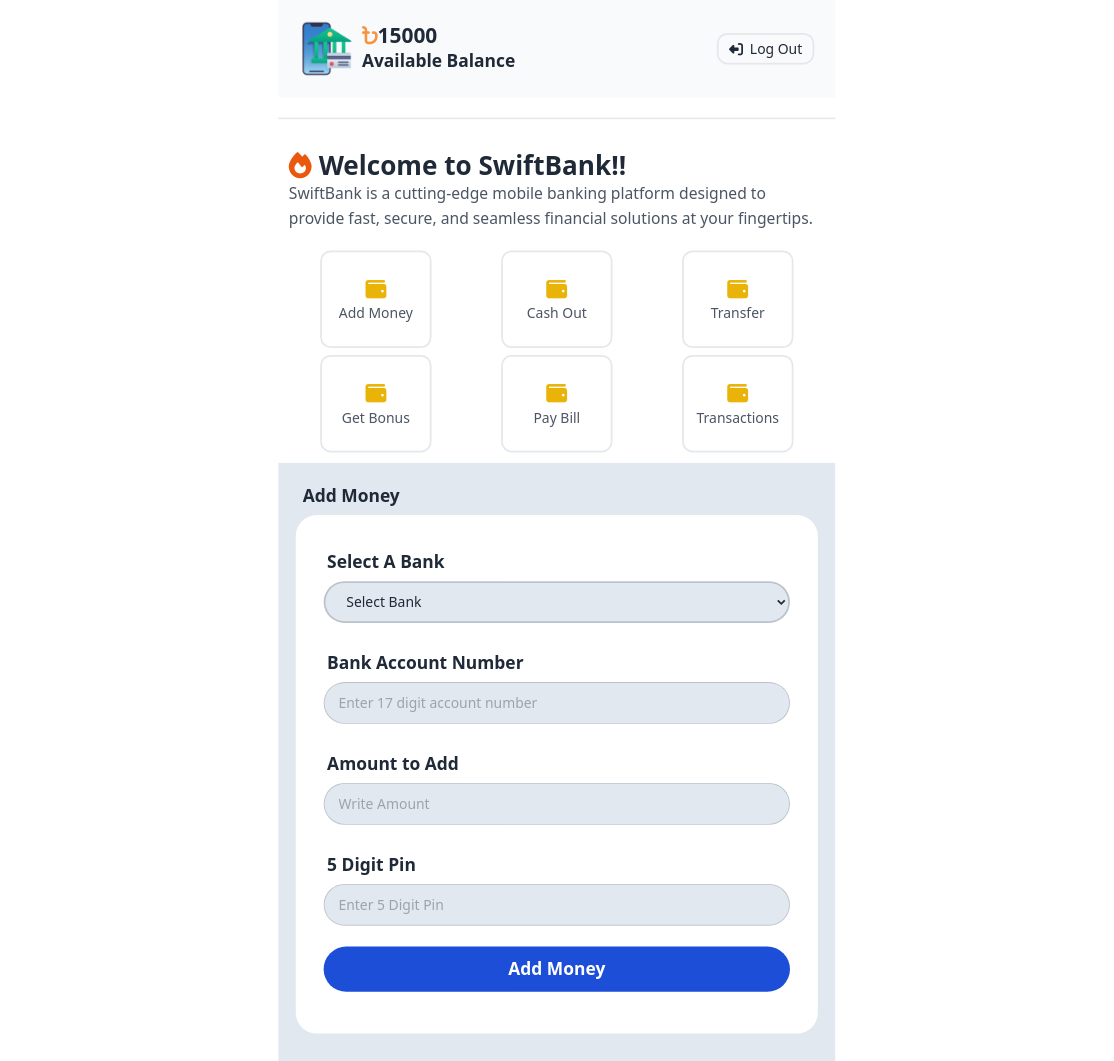
Repository: mukaddam-coder/swift-bank-mobile-banking
Page: home.html
An editor plug-in stored every save of this project. The page is shown before and after the next save, followed by the edit.
The browser window is 1280 px wide. The pictures show the whole page, at 87% of full size.
Some web libraries are served in a nearby version.

Above is the page before, as saved 2024-12-16 23:24:16.

### home.html
<!DOCTYPE html>
<html lang="en">
<head>
    <meta charset="UTF-8">
    <meta name="viewport" content="width=device-width, initial-scale=1.0">
    <title>SwiftBank</title>
    <!-- Fontawesome CDN -->
    <script src="https://kit.fontawesome.com/c4e7b2ed2f.js" crossorigin="anonymous"></script>
    <!-- Google Fonts -->
    <link rel="preconnect" href="https://fonts.googleapis.com">
    <link rel="preconnect" href="https://fonts.gstatic.com" crossorigin>
    <link href="https://fonts.googleapis.com/css2?family=Montserrat:ital,wght@0,100..900;1,100..900&display=swap" rel="stylesheet">
    <!-- Tailwind + DaisyUi CDN -->
    <link href="https://cdn.jsdelivr.net/npm/daisyui@4.12.19/dist/full.min.css" rel="stylesheet" type="text/css" />
    <script src="https://cdn.tailwindcss.com"></script>

</head>
<body>

<main>
  <div class="w-1/2 mx-auto p-6 bg-slate-50 h-full flex justify-between items-center">
    <div class="flex gap-2">
        <!-- Logo -->
    <div>
    <img class="w-16 h-16" src="images/mobile-banking.png">
    </div>
    <div>
   <h2 class="text-2xl font-bold" id="main-balance">
   <i class="fa-solid fa-bangladeshi-taka-sign text-orange-400"></i>15000</h2>
   <p class="font-semibold text-xl">Available Balance</p>
</div>
</div>
<div>
<button class="border-2 w-28 px-1 py-1 rounded-xl"> <i class="fa-solid fa-right-from-bracket rotate-180 mr-2"></i>Log Out</button>
</div>
        </div>
    <div class="divider w-1/2 mx-auto"></div>
    <!-- Greetings Section -->
        <section class="w-1/2 mx-auto p-3">
            <h1 class="font-bold text-3xl"><i class="fa-solid fa-fire text-orange-600 text-3xl mr-2"></i>Welcome to SwiftBank!!</h1>
            <p class="text-gray-600 text-lg">
                SwiftBank is a cutting-edge mobile banking platform designed to provide fast, secure, and seamless financial solutions at your fingertips.
            </p>
        </section>
     <!-- User Actionable Dashboard -->

     <section class="w-1/2 mx-auto">
        <div class="grid grid-cols-3 p-3 text-center gap-2">
          <div class="button-container">
            <button id="show-add-money-section" class="border-2 w-32 h-28 rounded-xl bg-white text-gray-600">
            <p>
              <i class="fa-solid fa-wallet text-yellow-500 text-2xl"></i>
            </p>
            Add Money
           </button>
        </div>
          <div class>
             <button id="show-cash-out-section" class="border-2 w-32 h-28 rounded-xl bg-white text-gray-600">
              <p><i class="fa-solid fa-wallet text-yellow-500 text-2xl"></i></p>
                Cash Out
              </button>
            </div>
          <div>
          <button id="show-money-transfer-section" class="border-2 w-32 h-28 rounded-xl bg-white text-gray-600">
              <p><i class="fa-solid fa-wallet text-2xl text-yellow-500"></i></p>
                Transfer
              </button>
            </div>
          <div class="">
        <button id="show-get-bonus-section" class="border-2 w-32 h-28 rounded-xl bg-white text-gray-600">
            <p><i class="fa-solid fa-wallet text-2xl text-yellow-500"></i></p>
                Get Bonus
            </button>
          </div>
        <div class="">
          <button id="show-pay-bill-section" class="border-2 w-32 h-28 rounded-xl bg-white text-gray-600">
              <p><i class="fa-solid fa-wallet text-2xl text-yellow-500"></i></p>
                      Pay Bill
            </button>
          </div>
        <div class="">
          <button id="show-transaction-history" class="border-2 w-32 h-28 rounded-xl bg-white text-gray-600">
              <p><i class="fa-solid fa-wallet text-2xl text-yellow-500"></i></p>
                      Transactions
              </button>
            </div>

        </div>
      </section>
      <!-- Add Money Section Start -->
      <section id ="add-money-section" class="w-1/2 mx-auto px-5 py-4 bg-slate-200">
        <h2 class="p-2 font-bold text-xl">Add Money</h2>
        <form class="card-body bg-white rounded-3xl">
            <div class="form-control mb-4">
              <label class="label">
                <span class="label-text font-semibold text-xl">Select A Bank</span>
              </label>
              <select id="bank"  class="input-bordered rounded-full bg-slate-200 h-12 px-5 border-2">
                <option value="Select Bank">Select Bank</option>
                <option value="AB Bank PLC">AB Bank PLC</option>
                <option value="Bangladesh Commerce Bank Limited">Bangladesh Commerce Bank Limited</option>
                <option value="Islami Bank Bangladesh PLC">Islami Bank Bangladesh PLC</option>
                <option value="Dutch-Bangla Bank PLC">Dutch-Bangla Bank PLC</option>
                <option value="Jamuna Bank Limited">Jamuna Bank Limited</option>
                <option value="Trust Bank PLC">Trust Bank PLC</option>
              </select>
              </div>
            <div class="form-control mb-4">
              <label class="label">
                <span class="label-text font-semibold text-xl">Bank Account Number</span>
              </label>
              <input id="input-bank-account-field" type="text" placeholder="Enter 17 digit account number" class="input input-bordered rounded-full bg-slate-200" required />
            </div>
            <div class="form-control mb-4">
              <label class="label">
                <span class="label-text font-semibold text-xl">Amount to Add</span>
              </label>
              <input id="input-amount-field" type="text" placeholder="Write Amount" class="input input-bordered rounded-full bg-slate-200" required />
              </div>
            <div class="form-control mb-4">
              <label class="label">
                <span class="label-text font-semibold text-xl">5 Digit Pin</span>
              </label>
              <input id="input-add-money-pin-number" type="password" placeholder="Enter 5 Digit Pin" class="input input-bordered rounded-full bg-slate-200" required />
              </div>
            <div class="form-control mb-4">
              <button id="btn-add-money" class="bg-blue-700 font-bold text-xl text-white p-3 rounded-full">Add Money</button>
            </div>
          </form>
          <!-- Result Message -->
        <p id="result-message" class="text-center font-bold text-lg mt-4"></p>
      </section>
      <!-- Add Money Section End -->

      <!-- Cash Out Section Start -->
      <section id ="cash-out-section" class="hidden w-1/2 mx-auto px-5 py-4 bg-slate-200">
        <h2 class="p-2 font-bold text-xl">Cash Out</h2>
        <form class="card-body bg-white rounded-3xl">
            <div class="form-control mb-4">
              <label class="label">
                <span class="label-text font-semibold text-xl">Agent Number</span>
              </label>
              <input type="number" id="input-cash-out-phone" placeholder="Enter 11 digit number" class="input input-bordered rounded-full bg-slate-200" maxlength="11" required >
              </div>
             <div class="form-control mb-4">
              <label class="label">
                <span class="label-text font-semibold text-xl">Withdrawal Amount</span>
              </label>
              <input id="input-cash-out-field" type="text" placeholder="Write Amount" class="input input-bordered rounded-full bg-slate-200" required />
            </div>
            <div class="form-control mb-4">
              <label class="label">
                <span class="label-text font-semibold text-xl">5 Digit Pin</span>
              </label>
              <input id="input-cash-out-pin-number" type="password" placeholder="Enter 5 Digit Pin" class="input input-bordered rounded-full bg-slate-200" required />
              </div>
          <div class="form-control mb-4">
              <button id="btn-cash-out" class="bg-blue-700 font-bold text-xl text-white p-3 rounded-full">Cash Out</button>
            </div>
          </form>
      </section>
     <!-- Cash Out Section End -->

     <!-- Money Transfer Section Start -->
     <section id ="money-transfer-section" class="hidden w-1/2 mx-auto px-5 py-4 bg-slate-200">
      <h2 class="p-2 font-bold text-xl">Money Transfer</h2>
      <form class="card-body bg-white rounded-3xl">
          <div class="form-control mb-4">
            <label class="label">
              <span class="label-text font-semibold text-xl">User Account Number</span>
            </label>
            <input type="number" id="input-money-transfer-number" placeholder="Enter 11 digit number" class="input input-bordered rounded-full bg-slate-200" maxlength="11" required >
            </div>
           <div class="form-control mb-4">
            <label class="label">
              <span class="label-text font-semibold text-xl">Amount</span>
            </label>
            <input id="input-money-transfer-amount" type="text" placeholder="Enter Amount to transfer" class="input input-bordered rounded-full bg-slate-200" required />
          </div>
          <div class="form-control mb-4">
            <label class="label">
              <span class="label-text font-semibold text-xl">5 Digit Pin</span>
            </label>
            <input id="input-money-transfer-pin" type="password" placeholder="Enter 5 Digit Pin" class="input input-bordered rounded-full bg-slate-200" required />
            </div>
           <div class="form-control mb-4">
            <button id="btn-money-transfer" class="bg-blue-700 font-bold text-xl text-white p-3 rounded-full">Send Now</button>
          </div>
        </form>
    </section>
     <!-- Money Transfer Section End -->

     <!-- Get Bonus Section Start -->
     <section id ="get-bonus-section" class="hidden w-1/2 mx-auto px-5 py-4 bg-slate-200">
      <h2 class="p-2 font-bold text-xl">Get Bonus</h2>
      <form class="card-body bg-white rounded-3xl">
          <div class="form-control mb-4">
            <label class="label">
              <span class="label-text font-semibold text-xl">Bonus Coupon</span>
            </label>
            <input type="text" id="input-bonus-coupon" placeholder="Enter coupon code" class="input input-bordered rounded-full bg-slate-200" maxlength="11" required >
            </div>

           <div class="form-control mb-4">
            <button id="btn-get-bonus" class="bg-blue-700 font-bold text-xl text-white p-3 rounded-full">Get Bonus</button>
          </div>
        </form>
    </section>
     <!-- Get Bonus Section End -->

     <!-- Pay Bill Section Start -->
     <section id ="pay-bill-section" class="hidden w-1/2 mx-auto px-5 py-4 bg-slate-200">
      <h2 class="p-2 font-bold text-xl">Pay Bill</h2>
      <form class="card-body bg-white rounded-3xl">
          <div class="form-control mb-4">
            <label class="label">
              <span class="label-text font-semibold text-xl">Select to Pay</span>
            </label>
            <select id="payment-list"  class="input-bordered rounded-full bg-slate-200 h-12 px-5 border-2">
              <option value="Select option">Select Payment Option</option>
              <option value="Electricity Bill">Electricity Bill</option>
              <option value="Gas Bill">Gas Bill</option>
              <option value="Water Bill">Water Bill</option>
              <option value="Internet Bill">Internet Bill</option>
              <option value="Mobile Recharge">Mobile Recharge</option>
              <option value="Tax Payments">Tax Payments</option>
              <option value="College/University Tuition Fees">College/University Tuition Fees</option>
              <option value="Bus/Train Tickets">Bus/Train Tickets</option>
              <option value="Bus/Train Tickets">Passport or Visa Fees</option>
              <option value="Credit Card Bill Payments">Credit Card Bill Payments</option>
            </select>
            </div>
           <div class="form-control mb-4">
            <label class="label">
              <span class="label-text font-semibold text-xl">Billar Account Number</span>
            </label>
            <input id="input-billar-account-number-field" type="text" placeholder="Enter account number" class="input input-bordered rounded-full bg-slate-200" required />
            </div>
          <div class="form-control mb-4">
            <label class="label">
              <span class="label-text font-semibold text-xl">Amount to Pay</span>
            </label>
            <input id="input-pay-bill-amount-field" type="number" placeholder="Write Amount" class="input input-bordered rounded-full bg-slate-200" required />
            </div>
          <div class="form-control mb-4">
            <label class="label">
              <span class="label-text font-semibold text-xl">5 Digit Pin</span>
            </label>
            <input id="input-pay-bill-pin-number" type="password" placeholder="Enter 5 Digit Pin" class="input input-bordered rounded-full bg-slate-200" required />
            </div>
          <div class="form-control mb-4">
            <button id="btn-pay-bill" class="bg-blue-700 font-bold text-xl text-white p-3 rounded-full">Pay Now</button>
          </div>
        </form>
        <!-- Result Message -->
        <p id="result-message" class="text-center font-bold text-lg mt-4"></p>
    </section>
     <!-- Pay Bill Section End -->

     <!-- Transaction History Start -->
     <section id ="transaction-history-section" class="hidden w-1/2 mx-auto px-5 py-4 bg-slate-200">
      <div class="flex justify-between items-center">
        <h2 class="p-2 font-bold text-xl">Transaction History</h2>
        <p class="p-2">
          <a href="#">View All</a>
        </p>
      </div>

      <div id="transaction-container">

      </div>
    </section>
     <!-- Transaction History End -->
      <script src="Jscript/utilities.js"></script>
      <script src="Jscript/add-money.js"></script>
      <script src="Jscript/cash-out.js"></script>
      <script src="Jscript/features.js"></script>
      <script src="Jscript/money-transfer.js"></script>
      <script src="Jscript/bonus.js"></script>
      <script src="Jscript/pay-bill.js"></script>
       </main>

</body>
</html>

### Jscript/utilities.js
function getInputFieldValueById(id){
    const inputValue = document.getElementById(id).value;
    const inputNumber = parseFloat(inputValue);
    return inputNumber;
}


function getTextFieldValueById(id){
    const textValue = document.getElementById(id).innerText;
    const textNumber = parseFloat(textValue);
    return textNumber;
}

function showSectionById(id){
    // Hide all the section
    document.getElementById('add-money-section').classList.add('hidden');
    document.getElementById('cash-out-section').classList.add('hidden');
    document.getElementById('money-transfer-section').classList.add('hidden');
    document.getElementById('get-bonus-section').classList.add('hidden');
    document.getElementById('pay-bill-section').classList.add('hidden');
//    Show the section with the provided id
    document.getElementById(id).classList.remove('hidden');
};

### Jscript/cash-out.js
document.getElementById('btn-cash-out').addEventListener('click', function(event){
    event.preventDefault();
    const cashOut = getInputFieldValueById('input-cash-out-field');
    const cashOutPin = getInputFieldValueById('input-cash-out-pin-number');
    const agentNumber = getInputFieldValueById('input-cash-out-phone');
    const mainBalance = getTextFieldValueById('main-balance');


    if(isNaN(cashOut)){
        alert('Please enter a positive number to cash out.')
        return;
    }
    if(cashOut <= 0){
        alert('Please enter a valid amount to cash out.')
        return;
    }

    if(cashOut > mainBalance){
        alert('You do not have sufficient balance to cash out.');
        return;
    }

    if(cashOutPin === 19945 && agentNumber === 1735109219){

        const newBalance = mainBalance - cashOut;
     document.getElementById('main-balance').innerText = newBalance;

     // Get Transaction time
     const transactionTime = new Date();
     const formattedTime = transactionTime.toLocaleString();

     // Add to transaction histoy
    const transactionDiv = document.createElement('div');
            transactionDiv.classList.add('bg-white', 'rounded-xl', 'p-4', 'mb-4');
            transactionDiv.innerHTML = `
                <div class = "flex justify-between items-center gap-1">
                    <div class="flex w-1/3">
                    <p><i class="fa-solid fa-wallet text-2xl text-yellow-500 rounded-full bg-slate-200 px-3 py-2"></i></p>
                    <h2 class="p-1 font-bold text-xl text-center">Cash Out</h2>
                    </div>
                    <div class="flex-1">
                    <p class="text-md"><span class ="font-bold text-green-600">Cash out to${agentNumber}</span> BDT: ${cashOut} was successful, and your new balance is BDT: ${newBalance}.</p>
                    <p class="text-sm text-gray-500 font-bold">Transaction Time: ${formattedTime}</p>
                    </div>
                 </div>`;

            // Append transaction to the transaction history container
            document.getElementById('transaction-container').appendChild(transactionDiv);
    }
    else{
        alert('Failed to cash out! Please try again.')
    }
})

### Jscript/features.js

// The add money section will show when the add money button is clicked.
document.getElementById('show-add-money-section').addEventListener('click', function(){
    showSectionById('add-money-section');
});

// The cash-out section will show when the cash-out button is clicked.
document.getElementById('show-cash-out-section').addEventListener('click', function(){
    showSectionById('cash-out-section')
});

// The money transfer section will show when the money transfer button is clicked.

document.getElementById('show-money-transfer-section').addEventListener('click', function(){
    showSectionById('money-transfer-section');
});


document.getElementById('show-get-bonus-section').addEventListener('click', function(){
    showSectionById('get-bonus-section');
});

document.getElementById('show-pay-bill-section').addEventListener('click', function(){
    showSectionById('pay-bill-section');
});


document.getElementById('show-transaction-history').addEventListener('click', function(){
    showSectionById('transaction-history-section');
})

### Jscript/bonus.js
document.getElementById('btn-get-bonus').addEventListener('click', function(event){
    event.preventDefault();
    const getBonusInput = document.getElementById('input-bonus-coupon').value.trim();
    const mainBalanceText = document.getElementById('main-balance').innerText;
    const mainBalance = parseFloat(mainBalanceText);
    const couponCode = 'BONUS10';

    if(getBonusInput === couponCode){
        const bonusAmount = 100;
        const newBalance = mainBalance + bonusAmount;
        document.getElementById('main-balance').innerText = newBalance;
    }
    else{
        alert('Invalid Coupon Code! Please try again.')
    }
})

### Jscript/pay-bill.js
document.getElementById('btn-pay-bill').addEventListener('click', function(event){
         event.preventDefault();

         const paymentList = document.getElementById('payment-list').value;
         const accountNumber = getInputFieldValueById('input-billar-account-number-field');
         const payBillAmount = getInputFieldValueById('input-pay-bill-amount-field');
         const payBillPin = getInputFieldValueById('input-pay-bill-pin-number');

         const mainBalance = getTextFieldValueById('main-balance');

         if(isNaN(payBillAmount)){
            alert('Please enter a positive number.');
            return;
         }

         if(payBillAmount <= 0){
            alert('Please enter a valid amount greater than 0.');
            return;
         }

         if(payBillAmount > mainBalance){
            alert('You do not have sufficient balance to complete the payment.')
            return;
         }

         if(payBillPin === 19945 && accountNumber === 1629501006323){
            const newBalance = mainBalance - payBillAmount;
            document.getElementById('main-balance').innerText = newBalance;
               // add to transaction history
               const transactionDiv = document.createElement('div');
               transactionDiv.classList.add('bg-white', 'rounded-xl', 'p-4', 'mb-4');
               transactionDiv.innerHTML = `
                   <div class = "flex items-center gap-2">
                       <p><i class="fa-solid fa-wallet text-2xl text-yellow-500 rounded-full bg-slate-200 px-3 py-2"></i></p>
                       <h2 class="p-2 font-bold text-lg">${paymentList}</h2>
                       <p class="text-md">BDT ${payBillAmount} paid for ${paymentList}</p>
                       <p class="text-sm text-gray-600">Payment successful! Remaining Balance: BDT ${newBalance}</p>
                   </div>`;

               // Append transaction to the transaction history container
               document.getElementById('transaction-container').appendChild(transactionDiv);
         }

         else{
            alert('Invalid PIN or Account Number! Please try again.')
         }
})

Loaded but not shown: Jscript/money-transfer.js (54 lines, source omitted); Jscript/add-money.js (51 lines, source omitted)

After the next save:
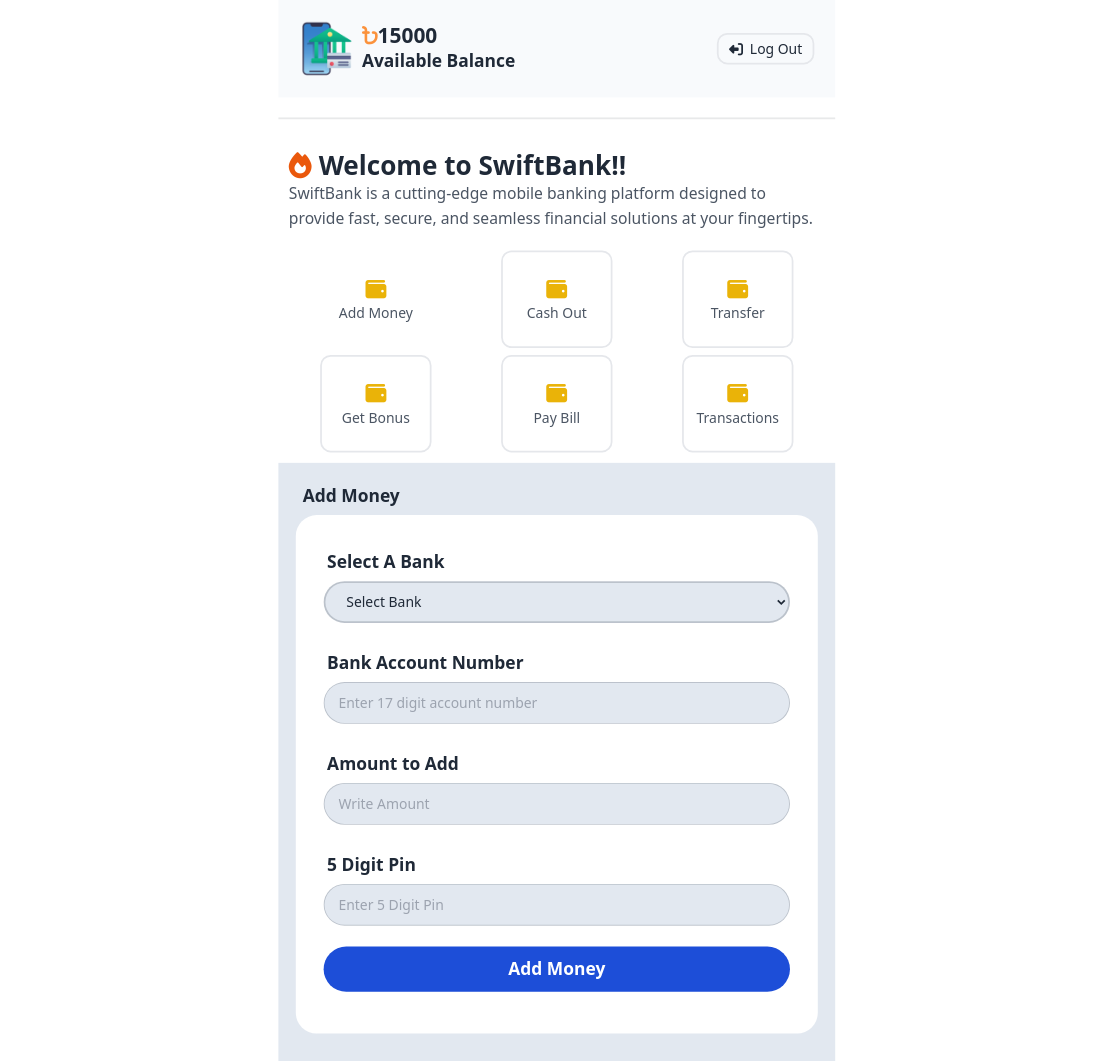
Saved 49 s later.
--- a/home.html
+++ b/home.html
@@ -47,7 +47,7 @@
      <section class="w-1/2 mx-auto">
         <div class="grid grid-cols-3 p-3 text-center gap-2">
           <div class="button-container">
-            <button id="show-add-money-section" class="border-2 w-32 h-28 rounded-xl bg-white text-gray-600">
+            <button id="show-add-money-section" class=" w-32 h-28 rounded-xl bg-white text-gray-600">
             <p>
               <i class="fa-solid fa-wallet text-yellow-500 text-2xl"></i>
             </p>
